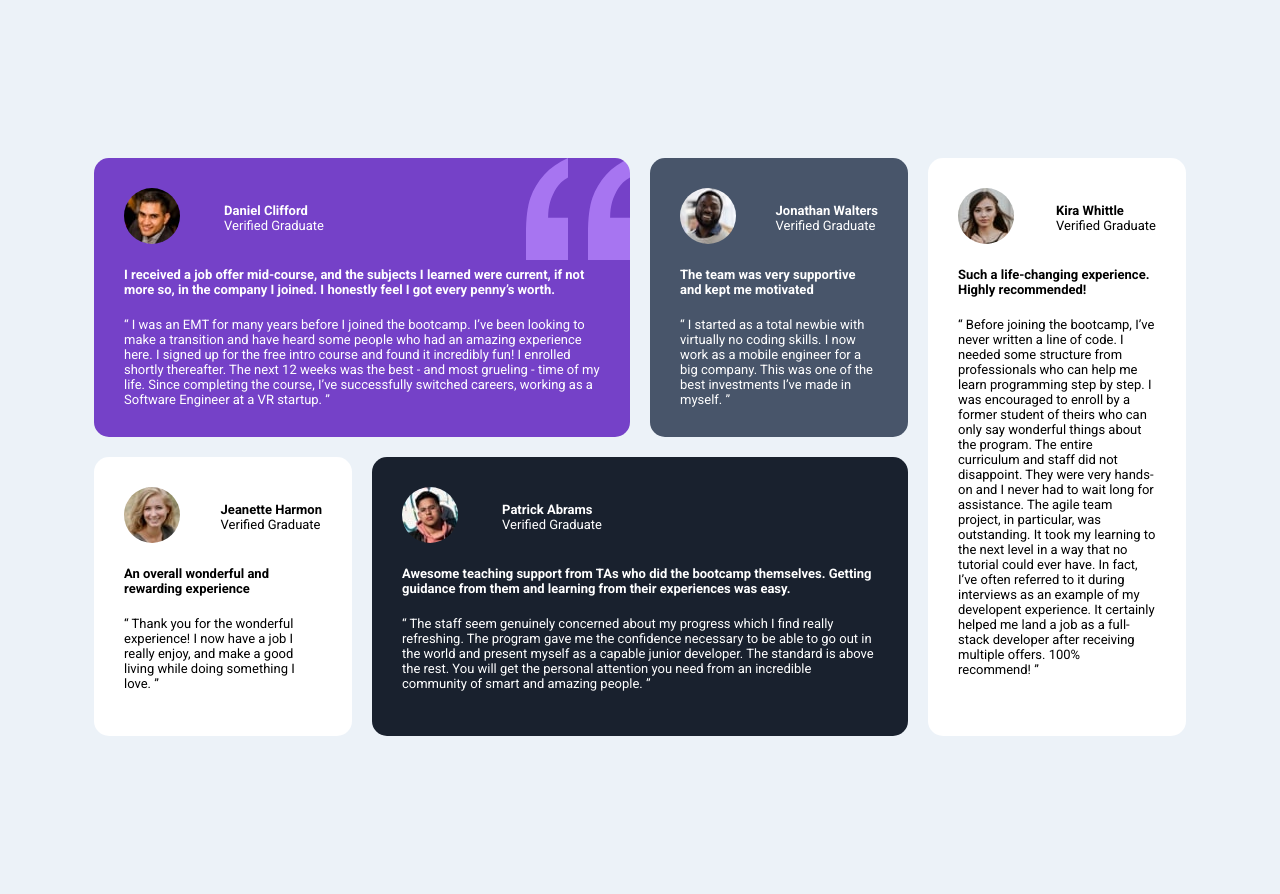
Repository: Toqa-25/testimonials
Page: index.html
An editor plug-in stored every save of this project. The page is shown before and after the next save, followed by the edit.
The browser window is 1280 px wide. The pictures show the whole page.

Above is the page before, as saved 2021-11-04 13:21:42.

### index.html
<!DOCTYPE html>
<html lang="en">
<head>
    <meta charset="UTF-8">
    <meta http-equiv="X-UA-Compatible" content="IE=edge">
    <meta name="viewport" content="width=device-width, initial-scale=1.0">
    <!-- css files -->
    <link rel="stylesheet" href="css/style.css">
    <link rel="stylesheet" href="css//vendors/all.min.css">
    <!-- fonts style -->
    <link rel="preconnect" href="https://fonts.googleapis.com">
<link rel="preconnect" href="https://fonts.gstatic.com" crossorigin>
<link href="https://fonts.googleapis.com/css2?family=Barlow+Semi+Condensed:wght@100;200;300;400;500;600;700;800;900&family=Montserrat:wght@100;200;300;400;500;600;700;800;900&family=PT+Sans:ital,wght@0,400;0,700;1,700&family=Roboto:wght@100;300;400;500;700;900&display=swap" rel="stylesheet">
    <title>tistimonials design</title>
</head>
<body>
    <div class="container">
        <div class="testi-content">
            <article class="grid-item Daniel">
                <header class="grid-item-name">
                    <div class="item-img">
                        <img src="images/image-daniel.jpg" alt="">
                    </div>
                    <div class="item-name">
                        <p class="name">Daniel Clifford</p>
                        <p class="name-info">Verified Graduate</p>
                    </div>
                </header>
                <div class="art-body">
                    <h4 class="bold-text"> I received a job offer mid-course, and the subjects I learned were current, if not more so, in the company I joined. I honestly feel I got every penny’s worth.</h4>
                    <p class="lite-text">“ I was an EMT for many years before I joined the bootcamp. I’ve been looking to make a
                        transition and have heard some people who had an amazing experience here. I signed up
                        for the free intro course and found it incredibly fun! I enrolled shortly thereafter.
                        The next 12 weeks was the best - and most grueling - time of my life. Since completing
                        the course, I’ve successfully switched careers, working as a Software Engineer at a VR startup. ” </p>
                </div>
            </article>
            <article class="grid-item Jonathan">
                <header class="grid-item-name">
                    <div class="item-img">
                        <img src="images/image-jonathan.jpg" alt="">
                    </div>
                    <div class="item-name">
                        <p class="name">Jonathan Walters</p>
                        <p class="name-info">Verified Graduate</p>
                    </div>
                </header>
                <div class="art-body">
                    <h4 class="bold-text">The team was very supportive and kept me motivated</h4>
                    <p class="lite-text">“ I started as a total newbie with virtually no coding skills. I now work as a mobile engineer
                     for a big company. This was one of the best investments I’ve made in myself. ”
                    </p>
                </div>
            </article>
            <article class="grid-item  Jeanette ">
                <header class="grid-item-name">
                    <div class="item-img">
                        <img src="images/image-jeanette.jpg" alt="">
                    </div>
                    <div class="item-name">
                        <p class="name">  Jeanette Harmon</p>
                        <p class="name-info">Verified Graduate</p>
                    </div>
                </header>
                <div class="art-body">
                    <h4 class="bold-text"> An overall wonderful and rewarding experience</h4>
                    <p class="lite-text">“ Thank you for the wonderful experience! I now have a job I really enjoy, and make a good living
                     while doing something I love. ”</p>
                </div>
            </article>
            <article class="grid-item Patrick">
                <header class="grid-item-name">
                    <div class="item-img">
                        <img src="images/image-patrick.jpg" alt="">
                    </div>
                    <div class="item-name">
                        <p class="name">Patrick Abrams</p>
                        <p class="name-info"> Verified Graduate</p>
                    </div>
                </header>
                <div class="art-body">
                    <h4 class="bold-text"> Awesome teaching support from TAs who did the bootcamp themselves. Getting guidance from them and learning from their experiences was easy.</h4>
                    <p class="lite-text">“ The staff seem genuinely concerned about my progress which I find really refreshing. The program
                        gave me the confidence necessary to be able to go out in the world and present myself as a capable
                        junior developer. The standard is above the rest. You will get the personal attention you need from
                        an incredible community of smart and amazing people. ”
                    </p>
                </div>
            </article>
            <article class="grid-item Kira ">
                <header class="grid-item-name">
                    <div class="item-img">
                        <img src="images/image-kira.jpg" alt="" srcset="">
                    </div>
                    <div class="item-name">
                        <p class="name">Kira Whittle</p>
                        <p class="name-info ">Verified Graduate</p>
                    </div>
                </header>
                <div class="art-body">
                    <h4 class="bold-text"> Such a life-changing experience. Highly recommended!</h4>
                    <p class="lite-text"> “ Before joining the bootcamp, I’ve never written a line of code. I needed some structure from
                    professionals who can help me learn programming step by step. I was encouraged to enroll by a former
                    student of theirs who can only say wonderful things about the program. The entire curriculum and staff
                    did not disappoint. They were very hands-on and I never had to wait long for assistance. The agile team
                    project, in particular, was outstanding. It took my learning to the next level in a way that no tutorial
                    could ever have. In fact, I’ve often referred to it during interviews as an example of my developent
                    experience. It certainly helped me land a job as a full-stack developer after receiving multiple offers.
  100% recommend! ”</p>
                </div>
            </article>

        </div>
    </div>
</body>
</html>

### css/style.css
/*
     public style
  **********************
*/
body{
    Font-size: 13px;
    font-family: 'Barlow Semi Condensed', sans-serif;
    font-family: 'Montserrat', sans-serif;
    font-family: 'PT Sans', sans-serif;
    font-family: 'Roboto', sans-serif;
    /* font-family: 'Barlow Semi' Condensed; */
    background-color: hsl(210, 46%, 95%);
}
*{
    padding:0;
    margin:0;
    box-sizing: border-box;
}
/*
content  style
**********************
*/
.container{
    width: 90%;
    margin: auto;
    padding: 10% 0;
}
.testi-content{
    display: grid;
    grid-template-columns: repeat(8 , 1fr);
    grid-template-rows: repeat(2 , 1fr);
    grid-gap: 20px;
     padding: 30px;
}
.lite-text,
.name-info{
    op
}
.grid-item{
    padding: 30px;
    border-radius: 15px;
    -webkit-border-radius: 15px;
    -moz-border-radius: 15px;
    -ms-border-radius: 15px;
    -o-border-radius: 15px;
}
.grid-item-name{
    display: flex;
    justify-content: space-between;
    align-items: center;
    max-width: 200px;

}
.name{
    font-weight: bold;
}
.bold-text{
    margin: 20px 0;
}
.item-img img{
 border-radius: 50%;
 -webkit-border-radius: 50%;
 -moz-border-radius: 50%;
 -ms-border-radius: 50%;
 -o-border-radius: 50%;
}
.Daniel{
    background-color: hsl(263, 55%, 52%);
    background-image: url(../images/bg-pattern-quotation.svg);
    background-position: right top;
    background-repeat: no-repeat;
    color: hsl(0, 0%, 100%);
    grid-column: 1 /5;
    grid-row: 1/2;
}


.Jonathan{
    background-color: hsl(0, 0%, 81%);
    background-color: hsl(217, 19%, 35%);
     grid-column: 5/7;
    grid-row: 1/2;
    color: hsl(0, 0%, 100%);
}

.Kira{
    background-color: hsl(0, 0%, 100%);
    grid-column: 7 /9;
    grid-row: 1/3;
}
.Patrick{
    background-color: hsl(219, 29%, 14%);
    color: hsl(0, 0%, 100%);
    grid-column: 3 /7;
    grid-row: 2/3;
}
.Jeanette {
background-color: hsl(0, 0%, 100%);
    grid-column: 1 /3;
    grid-row: 2/3;
}
/*  media quary style */
@media (max-width:575px){
    .testi-content{
    display: grid;
    grid-template-columns: 1fr;
    grid-template-rows: repeat(8 , auto);
    grid-gap: 10px;
     padding: 40px;
}
.grid-item{
grid-column: 1/2;
}
.Daniel{
    grid-row: 1/3;
}
.Jonathan{
    grid-row: 3/4;
}
.Kira{
    grid-row: 4/5;
}
    .Patrick{
        grid-row: 5/7;
    }

.Jeanette{
    grid-row: 7/9;

}
}







/*           media quary style
    ***************************************
        //extra small devices @media (maxwidth:575px)
        //small devices @media (maxwidth:767px)
        //medium devices @media (maxwidth:991px)
        //large devices @media (maxwidth:1199px)
*/

Loaded but not shown: css/vendors/all.min.css (library)

After the next save:
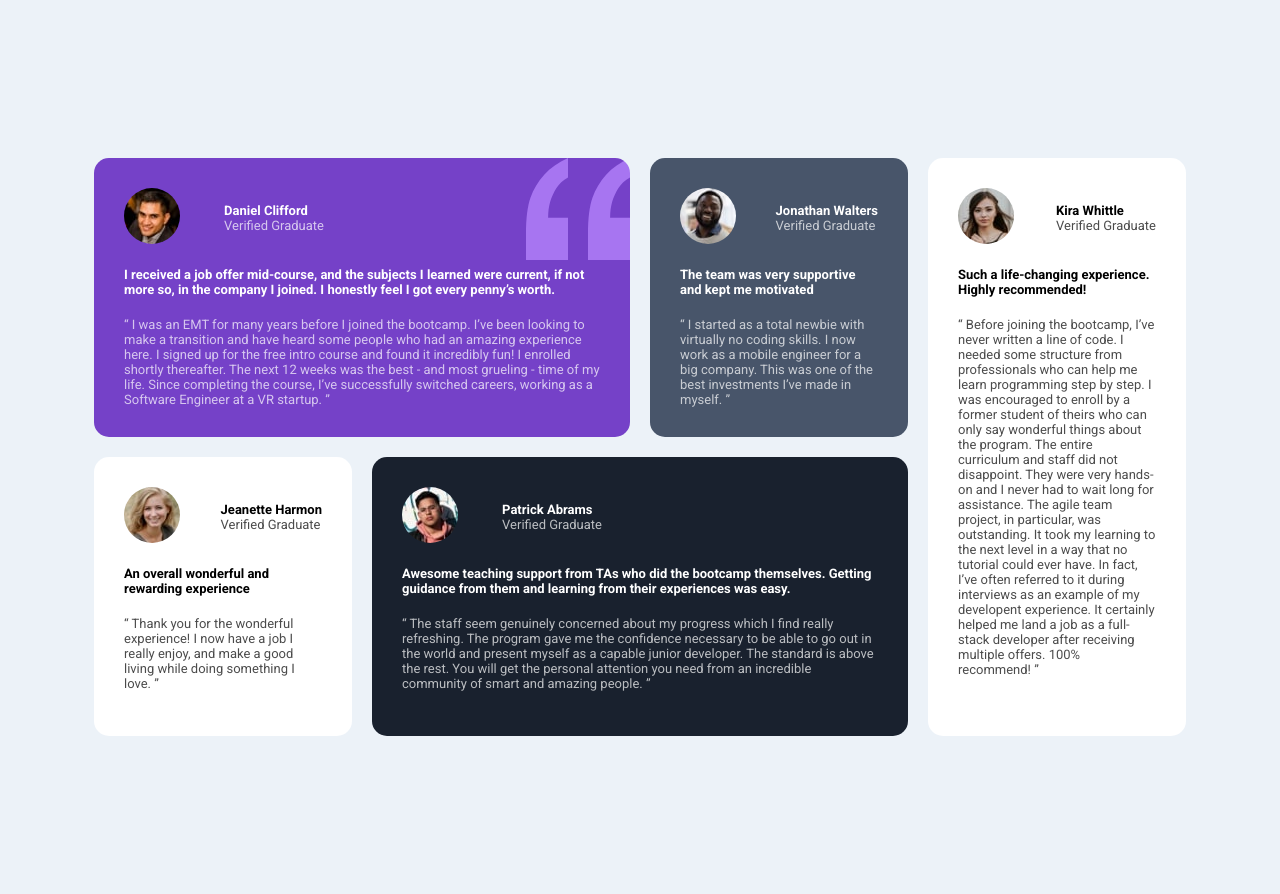
Saved 9 s later.
--- a/css/style.css
+++ b/css/style.css
@@ -34,7 +34,7 @@
 }
 .lite-text,
 .name-info{
-    op
+    opacity:.7
 }
 .grid-item{
     padding: 30px;
